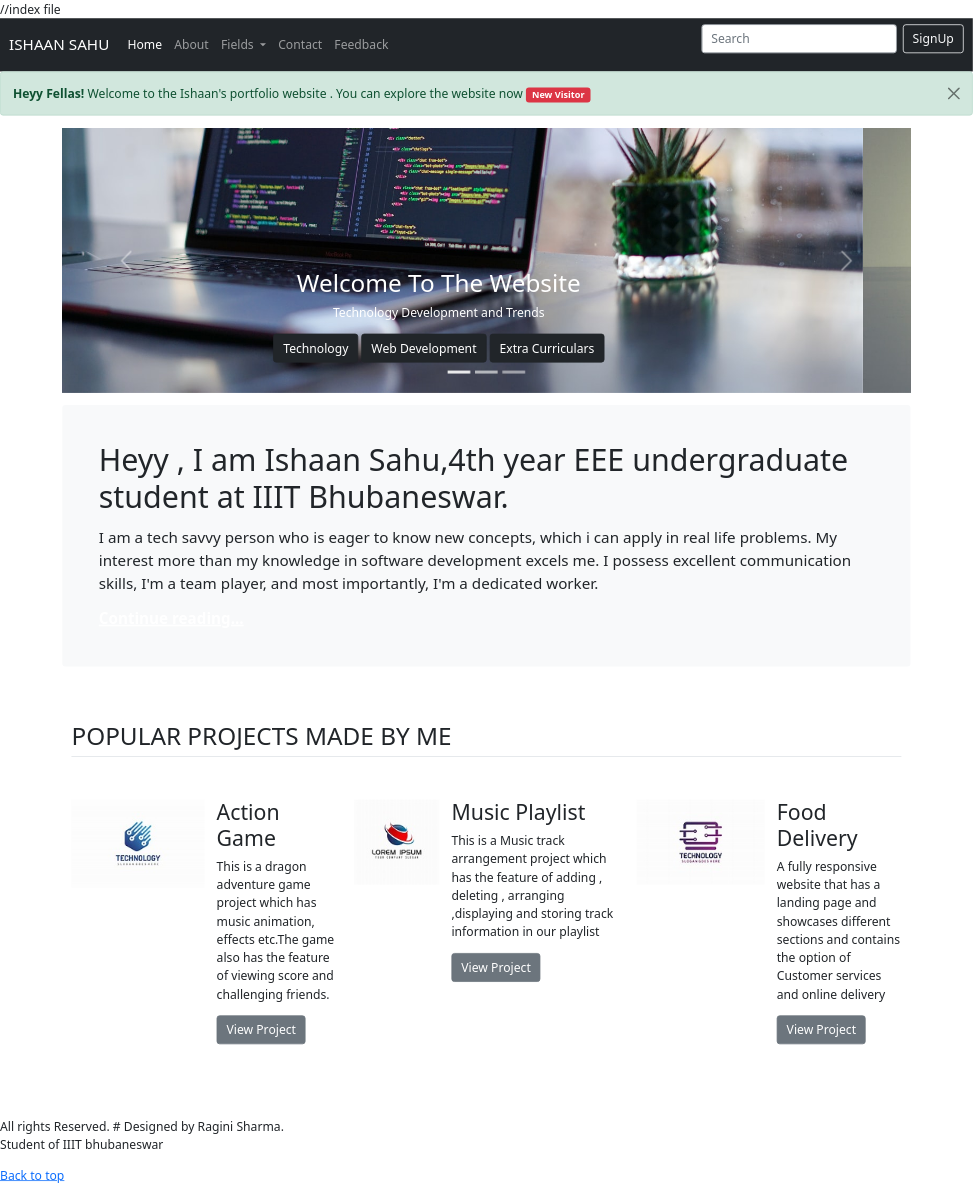
Repository: ishaan51551/Ishaan-s-Portfolio-
Page: index.html
An editor plug-in stored every save of this project. The page is shown before and after the next save, followed by the edit.
The browser window is 1280 px wide. The pictures show the whole page, at 76% of full size.

Above is the page before, as saved 2023-09-13 01:23:11.

### index.html
//index file

</body>

</html>

<!doctype html>
<html lang="en">

<head>
  <!-- Required meta tags -->
  <meta charset="utf-8">
  <meta name="viewport" content="width=device-width, initial-scale=1">

  <!-- Bootstrap CSS -->
  <link href="https://cdn.jsdelivr.net/npm/bootstrap@5.1.1/dist/css/bootstrap.min.css" rel="stylesheet"
    integrity="sha384-F3w7mX95PdgyTmZZMECAngseQB83DfGTowi0iMjiWaeVhAn4FJkqJByhZMI3AhiU" crossorigin="anonymous">

  <title>Ishaan Sahu Portfolio</title>
</head>

<body>
  <!-- FOR NAVBAR -->
  <nav class="navbar navbar-expand-lg navbar-dark bg-dark">
    <div class="container-fluid">
      <a class="navbar-brand" href="#">ISHAAN SAHU </a>
      <button class="navbar-toggler" type="button" data-bs-toggle="collapse" data-bs-target="#navbarSupportedContent"
        aria-controls="navbarSupportedContent" aria-expanded="false" aria-label="Toggle navigation">
        <span class="navbar-toggler-icon"></span>
      </button>
      <div class="collapse navbar-collapse" id="navbarSupportedContent">
        <ul class="navbar-nav me-auto mb-2 mb-lg-0">
          <li class="nav-item">
            <a class="nav-link active" aria-current="page" href="#">Home</a>
          </li>
          <li class="nav-item">
            <a class="nav-link" href="/about.html">About</a>
          </li>
          <li class="nav-item dropdown">
            <a class="nav-link dropdown-toggle" href="#" id="navbarDropdown" role="button" data-bs-toggle="dropdown"
              aria-expanded="false">
              Fields
            </a>
            <ul class="dropdown-menu" aria-labelledby="navbarDropdown">
              <li><a class="dropdown-item" href="programming.html">Programming</a></li>
              <li><a class="dropdown-item" href="webdev.html">Web Devlopment</a></li>
              <li>
                <hr class="dropdown-divider">
              </li>
              <li><a class="dropdown-item" href="extracurricular.html">Extra Curricular</a></li>
            </ul>
          </li>
          <li class="nav-item">
            <a class="nav-link " aria-current="page" href="contact.html">Contact</a>
          </li>

          <li class="nav-item">
            <a class="nav-link" href="feedback.html">Feedback</a>

          </li>

        </ul>
        <form class="d-flex">
          <input class="form-control me-2" type="search" placeholder="Search" aria-label="Search">
          <button class="btn btn-outline-light" type="submit" data-bs-toggle="modal"
            data-bs-target="#SignUpModal">SignUp</button>


        </form>
      </div>
    </div>
  </nav>





  <!-- Optional JavaScript; choose one of the two! -->

  <!-- Option 1: Bootstrap Bundle with Popper -->
  <script src="https://cdn.jsdelivr.net/npm/bootstrap@5.1.1/dist/js/bootstrap.bundle.min.js"
    integrity="sha384-/bQdsTh/da6pkI1MST/rWKFNjaCP5gBSY4sEBT38Q/9RBh9AH40zEOg7Hlq2THRZ"
    crossorigin="anonymous"></script>

  <!-- Option 2: Separate Popper and Bootstrap JS -->
  <!--
    <script src="https://cdn.jsdelivr.net/npm/@popperjs/core@2.9.3/dist/umd/popper.min.js" integrity="sha384-W8fXfP3gkOKtndU4JGtKDvXbO53Wy8SZCQHczT5FMiiqmQfUpWbYdTil/SxwZgAN" crossorigin="anonymous"></script>
    <script src="https://cdn.jsdelivr.net/npm/bootstrap@5.1.1/dist/js/bootstrap.min.js" integrity="sha384-skAcpIdS7UcVUC05LJ9Dxay8AXcDYfBJqt1CJ85S/CFujBsIzCIv+l9liuYLaMQ/" crossorigin="anonymous"></script>
    -->


  <!-- Button trigger modal -->
  <!-- <button type="button" class="btn btn-primary" data-bs-toggle="modal" data-bs-target="#signUp Modal">
    Launch demo modal
  </button>  -->





  <!-- FOR DISMISSING ALERT  -->
  <div class="alert alert-success alert-dismissible fade show" role="alert">
    <strong>Heyy Fellas!</strong> Welcome to the Ishaan's portfolio website . You can explore the website now
    <!--for including badge--><span class="badge bg-danger">New Visitor</span>
    <button type="button" class="btn-close" data-bs-dismiss="alert" aria-label="Close"></button>
  </div>


  <!-- FOR BACKGROUND SLIDER PICTURE -->
  <div class="container my-2">
    <div id="carouselExampleCaptions" class="carousel slide carousal-fade" data-bs-ride="carousel">
      <div class="carousel-indicators">
        <button type="button" data-bs-target="#carouselExampleCaptions" data-bs-slide-to="0" class="active"
          aria-current="true" aria-label="Slide 1"></button>
        <button type="button" data-bs-target="#carouselExampleCaptions" data-bs-slide-to="1"
          aria-label="Slide 2"></button>
        <button type="button" data-bs-target="#carouselExampleCaptions" data-bs-slide-to="2"
          aria-label="Slide 3"></button>
      </div>
      <div class="carousel-inner">
        <div class="carousel-item active">
          <img src="2.jpg" class="d-block w-100" alt="...">
          <div class="carousel-caption d-none d-md-block">
            <h2>Welcome To The Website</h2>
            <p>Technology Development and Trends</p>
            <button class="btn btn-dark">Technology</button>
            <button class="btn btn-dark">Web Development</button>
            <button class="btn btn-dark">Extra Curriculars</button>
          </div>
        </div>
        <div class="carousel-item">
          <img src="1.jpg" class="d-block w-100" alt="...">
          <div class="carousel-caption d-none d-md-block">
            <h2>Explore More On The Website</h2>
            <p>Technology Development and Trends</p>
            <button class="btn btn-dark">Programming</button>
            <button class="btn btn-dark">Web Development</button>
            <button class="btn btn-dark">Extra Curriculars</button>
          </div>
        </div>
        <div class="carousel-item">
          <img src="3.jpg" class="d-block w-100" alt="...">
          <div class="carousel-caption d-none d-md-block">
            <h2>Know More About Ishaan</h2>
            <p>Technology Development and Trends</p>
            <button class="btn btn-dark">Technology</button>
            <button class="btn btn-dark">Web Development</button>
            <button class="btn btn-dark">Extra Curriculars</button>
          </div>
        </div>
      </div>
      <button class="carousel-control-prev" type="button" data-bs-target="#carouselExampleCaptions"
        data-bs-slide="prev">
        <span class="carousel-control-prev-icon" aria-hidden="true"></span>
        <span class="visually-hidden">Previous</span>
      </button>
      <button class="carousel-control-next" type="button" data-bs-target="#carouselExampleCaptions"
        data-bs-slide="next">
        <span class="carousel-control-next-icon" aria-hidden="true"></span>
        <span class="visually-hidden">Next</span>
      </button>
    </div>
  </div>


  <!-- TEXT WRITTEN -->
  <div class="container my-3 ml-auto mr-auto mx-auto">
    <div class="p-4 p-md-5 mb-4 text-dark rounded bg-light">
      <div class="col-md-0 px-0">
        <h1 class="display-8 ">Heyy , I am Ishaan Sahu,4th year EEE undergraduate student at IIIT Bhubaneswar.</h1>
        <p class="lead my-3">I am a tech savvy person who is eager to
          know new concepts, which i can apply in
          real life problems. My interest more than
          my knowledge in software development
          excels me. I possess excellent communication skills, I'm a team player, and most importantly, I'm a dedicated
          worker.</p>
        <p class="lead mb-0"><a href="#" class="text-white fw-bold">Continue reading...</a></p>
      </div>
    </div>
  </div>



  <!-- PROJECTS -->

  <div class="container px-4 py-5" id="hanging-icons">
    <h2 class="pb-2 border-bottom"> POPULAR PROJECTS MADE BY ME </h2>
    <div class="row g-4 py-5 row-cols-1 row-cols-lg-3">
      <div class="col d-flex align-items-start">
        <div class="icon-square bg-light text-dark flex-shrink-0 me-3">
          <img src="bg1.jfif" href="#">

        </div>
        <div>
          <h3> Action Game</h3>
          <p>This is a dragon adventure game project which has music animation, effects etc.The game also has the
            feature of viewing score and challenging friends.</p>
          <a href="#" class="btn btn-secondary">
            View Project
          </a>
        </div>
      </div>
      <div class="col d-flex align-items-start">
        <div class="icon-square bg-light text-dark flex-shrink-0 me-3">
          <img src="bg3.jfif" href="#">
        </div>
        <div>
          <h3>Music Playlist</h3>
          <p>This is a Music track arrangement project which has the feature of adding , deleting , arranging
            ,displaying and storing track information in our playlist</p>
          <a href="https://github.com/Ragini-sharma21/Music-Track-Arrangement-Project" class="btn btn-secondary">
            View Project
          </a>
        </div>
      </div>
      <div class="col d-flex align-items-start">
        <div class="icon-square bg-light text-dark flex-shrink-0 me-3">
          <img src="bg4.jfif" href="#">
        </div>
        <div>
          <h3>Food Delivery</h3>
          <p>A fully responsive website that has a landing page and showcases different sections and contains the option
            of Customer services and online delivery </p>
          <a href="https://ragini-sharma21.github.io/online-food-delivery-website/" class="btn btn-secondary">
            View Project
          </a>
        </div>
      </div>
    </div>
  </div>
  </div>

  <!-- FOOTER -->
  <footer class="blog-footer">
    <p>All rights Reserved. # Designed by Ragini Sharma.</br>
      Student of IIIT bhubaneswar</p>
    <p>
      <a href="#">Back to top</a>
    </p>
  </footer>
</body>

</html>

After the next save:
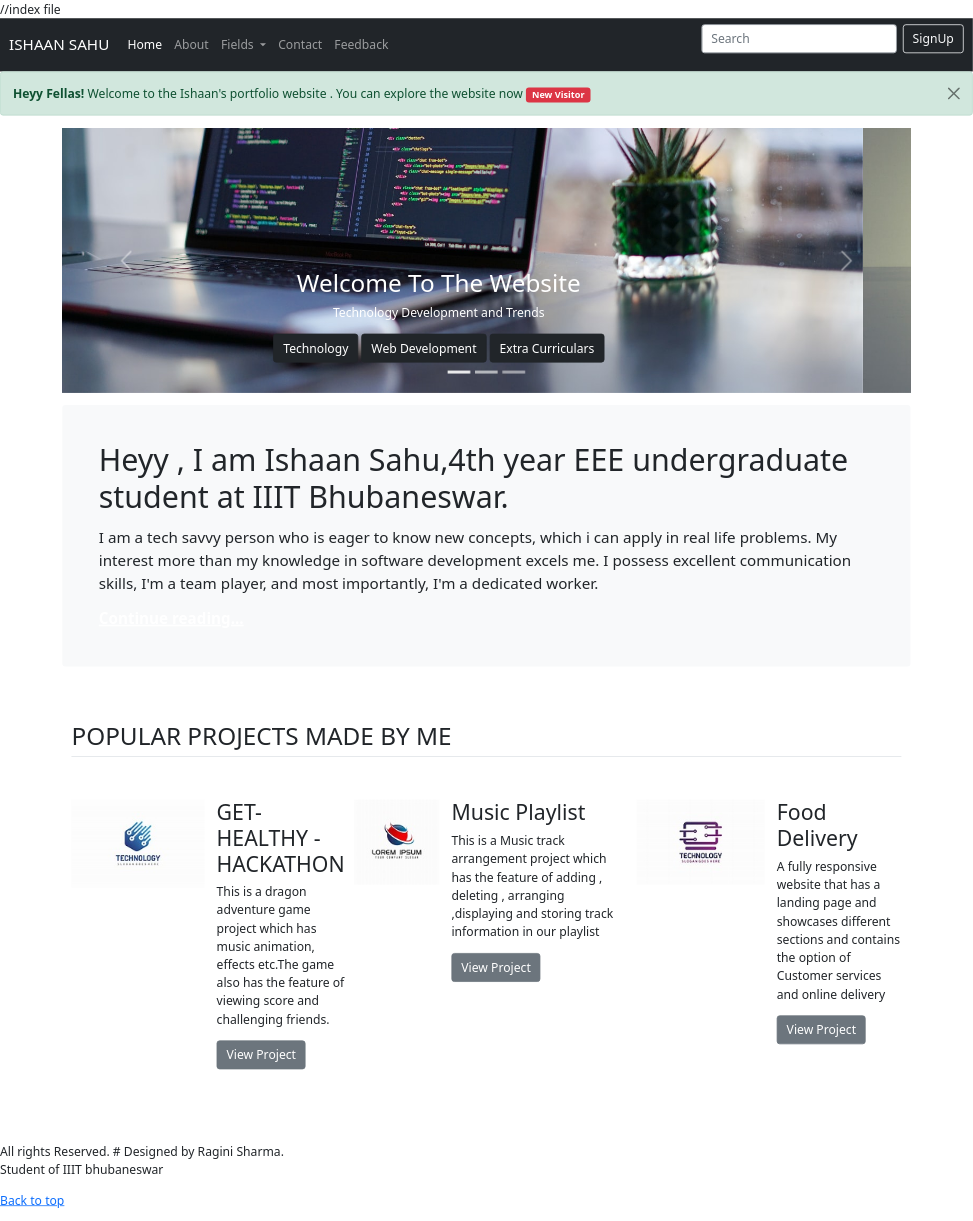
Saved 19 s later.
--- a/index.html
+++ b/index.html
@@ -192,7 +192,7 @@
 
         </div>
         <div>
-          <h3> Action Game</h3>
+          <h3>GET-HEALTHY - HACKATHON </h3>
           <p>This is a dragon adventure game project which has music animation, effects etc.The game also has the
             feature of viewing score and challenging friends.</p>
           <a href="#" class="btn btn-secondary">
